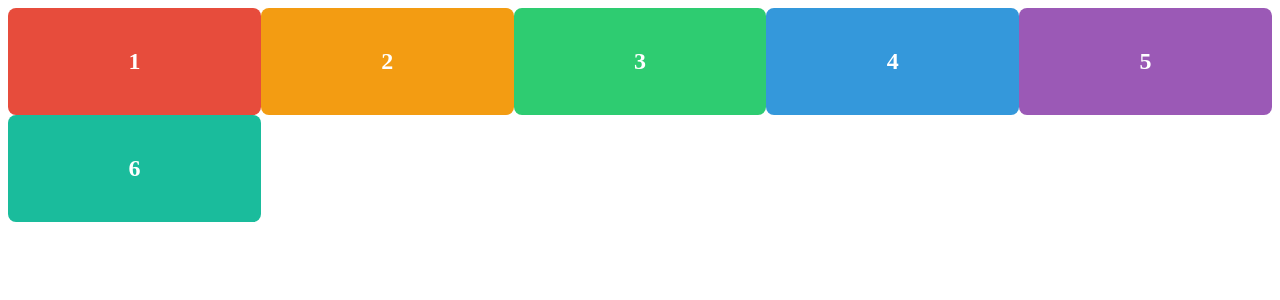
Repository: mertfurkandgn/artpainting
Page: card-1/index.html
The author's editor kept a copy of each file at every save. The page is drawn from the files as they stood at one save, then again after the next save.
The browser window is 1280 px wide. The pictures show the whole page.

Above is the page before, as saved 2025-07-30 21:28:34.

After the next save:
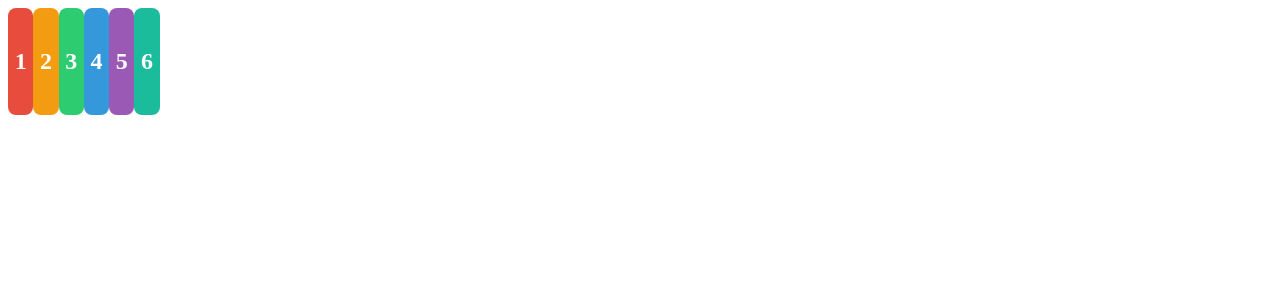
Saved 4 s later.
--- a/card-1/css/style.css
+++ b/card-1/css/style.css
@@ -1,6 +1,6 @@
 .grid-container{
     display: grid;
-    grid-template-columns: repeat(5, 1fr);
+    grid-template-columns: repeat(50, 1fr);
 }
 .item {
       color: white;
